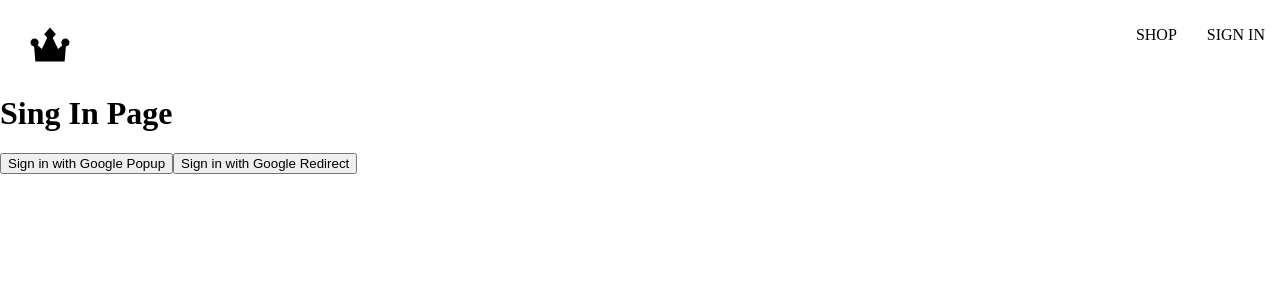
Repository: Chadi2000/crwn-clothing
Page: /signIn
An editor plug-in stored every save of this project. The page is shown before and after the next save, followed by the edit.
The browser window is 1280 px wide. The pictures show the whole page.
The project was rebuilt for these pictures with package versions that can differ from the ones it lists, and the page was loaded fresh each time. Also part of the build but not shown: src/categories.styles.scss, src/components/category-item/category-item.styles.scss, src/components/category-item/category-item.component.jsx, src/components/directory/directory.styles.scss, src/components/directory/directory.component.js, src/routes/home/home.component.jsx.

Above is the page before, as saved 2024-02-09 21:10:47.

### public/index.html
<!DOCTYPE html>
<html lang="en">
  <head>
    <meta charset="utf-8" />
    <link rel="icon" href="%PUBLIC_URL%/favicon.ico" />
    <meta name="viewport" content="width=device-width, initial-scale=1" />
    <meta name="theme-color" content="#000000" />
    <meta
      name="description"
      content="Web site created using create-react-app"
    />
    <link rel="apple-touch-icon" href="%PUBLIC_URL%/logo192.png" />
    <link rel="preconnect" href="https://fonts.googleapis.com">
    <link rel="preconnect" href="https://fonts.gstatic.com" crossorigin>
    <link
    href="https://fonts.googleapis.com/css2?family=Open+Sans:ital,wght@0,300..800;1,300..800&family=Roboto:wght@300&display=swap"
    rel="stylesheet">
    <!--
      manifest.json provides metadata used when your web app is installed on a
      user's mobile device or desktop. See https://developers.google.com/web/fundamentals/web-app-manifest/
    -->
    <link rel="manifest" href="%PUBLIC_URL%/manifest.json" />
    <!--
      Notice the use of %PUBLIC_URL% in the tags above.
      It will be replaced with the URL of the `public` folder during the build.
      Only files inside the `public` folder can be referenced from the HTML.

      Unlike "/favicon.ico" or "favicon.ico", "%PUBLIC_URL%/favicon.ico" will
      work correctly both with client-side routing and a non-root public URL.
      Learn how to configure a non-root public URL by running `npm run build`.
    -->
    <title>React App</title>
  </head>
  <body>
    <noscript>You need to enable JavaScript to run this app.</noscript>
    <div id="root"></div>
    <!--
      This HTML file is a template.
      If you open it directly in the browser, you will see an empty page.

      You can add webfonts, meta tags, or analytics to this file.
      The build step will place the bundled scripts into the <body> tag.

      To begin the development, run `npm start` or `yarn start`.
      To create a production bundle, use `npm run build` or `yarn build`.
    -->
  </body>
</html>

### src/index.scss
body {
  margin: 0;
  font-family: 'Open Sans'
    sans-serif;
    font-weight: 300 800;
  font-stretch: 100%;
  font-display: swap;
  -webkit-font-smoothing: antialiased;
  -moz-osx-font-smoothing: grayscale;
}

code {
  font-family: source-code-pro, Menlo, Monaco, Consolas, 'Courier New',
    monospace;
}

a{
  text-decoration: none;
  color: black;
}

* {
  box-sizing: border-box;
}

### src/App.js
import './categories.styles.scss';
import { Outlet } from 'react-router-dom';
import Directory from './components/directory/directory.component';
import Home from './routes/home/home.component';
import { Routes, Route } from 'react-router-dom';
import Navigation from './routes/navigation/navigation.component';
import SignIn from './routes/sign-in/sign-in.component';



const Shop =() =>{
  return(
    <h1>SHop from me</h1>
  )
}

const App = () => {


 return(
  <Routes>
    <Route path='/' element={<Navigation />}>
      <Route path='/' element={<Home />} />
      <Route path='shop' element={<Shop/>} />
      <Route path='/signIn' element= {<SignIn />} />

    </Route>

  </Routes>
 );
}

export default App;

### src/routes/navigation/navigation.component.jsx
import { Outlet, Link } from "react-router-dom"
import { Fragment } from "react";
import { ReactComponent as CrwnLogo } from "../../assets/crown.svg";
import './navigation.styles.scss';
const Navigation = () =>{
    return (
      <Fragment>
        <div className="navigation">
            <Link className="logo-container" to='/'>
                <CrwnLogo />
            </Link>

          <div className="nav-links-container">
            <Link className="nav-link"  to='/shop'>
                SHOP
            </Link>
            <Link className="nav-link"  to='/signIn'>
                SIGN IN
            </Link>
          </div>
        </div>
        <Outlet />
      </Fragment>
    )
  }

  export default Navigation;

### src/routes/sign-in/sign-in.component.jsx
import { useEffect } from "react";
import { getRedirectResult } from "firebase/auth";

import {
        auth,
        signInWithGooglePopup,
        signInWithGoogleRedirect ,
        createUserDocumentFromAuth
    } from "../../utils/firebase/firebase.utils";


const SignIn = () => {

    useEffect(() => {
        // Define an asynchronous function inside useEffect
        const fetchData = async () => {
          try {
            // You can await here
            const response = await getRedirectResult(auth);
            if(response){
                const userDocRef = await createUserDocumentFromAuth(response.user)
            }
          } catch (error) {
            console.error('Error fetching data:', error);
          }
        };

        // Call the asynchronous function immediately
        fetchData();

        // Specify dependencies if needed (empty array if not)
      }, []); // Add dependencies if needed


    const logGoogleUser = async () =>{
        const {user} = await signInWithGooglePopup();
        const userDocRef = await createUserDocumentFromAuth(user);

    }






    return(
        <div>
            <h1>Sing In Page</h1>
            <button onClick={logGoogleUser}>
                Sign in with Google Popup
            </button>
            <button onClick={signInWithGoogleRedirect}>
                Sign in with Google Redirect
            </button>
        </div>
    )
}

export default SignIn;

### src/routes/navigation/navigation.styles.scss
.navigation{
    height: 70px;
    width: 100%;
    display: flex;
    justify-content: space-between;
    margin-bottom: 25px;

    .logo-container{
        height: 100%;
        width: 70px;
        padding: 25px;
        -webkit-box-align: center;
        align-items: center;
        justify-content: center;
    }
    .nav-links-container{
        width: 50%;
        height: 100%;
        -webkit-box-align: center;
        align-items: center;
        -webkit-box-pack: end;
        display: flex;
        justify-content: flex-end;
        .nav-link{
            padding: 10px 15px;
            cursor: pointer;
        }
    }


}

### src/utils/firebase/firebase.utils.js
import {initializeApp} from 'firebase/app';
import {
     getAuth,
     signInWithRedirect,
     signInWithPopup,
     GoogleAuthProvider
    } from 'firebase/auth';

import {
    getFirestore,
    doc,
    getDoc,
    setDoc
}  from'firebase/firestore'

const firebaseConfig = {
    apiKey: "AIzaSyCFm4naOY8EzymqmFzu3h2__lM1anMpCoU",
    authDomain: "crwn-clothing-db-ab0ad.firebaseapp.com",
    projectId: "crwn-clothing-db-ab0ad",
    storageBucket: "crwn-clothing-db-ab0ad.appspot.com",
    messagingSenderId: "89349111223",
    appId: "1:89349111223:web:714444d59a5d8bfdf53c32"
  };

  // Initialize Firebase
  const firebaseApp = initializeApp(firebaseConfig);
  const googleProvider = new GoogleAuthProvider();

  googleProvider.setCustomParameters({
    prompt: "select_account"
  })

  export const auth = getAuth();
  export const signInWithGooglePopup = () =>
   signInWithPopup(auth, googleProvider);
  export const signInWithGoogleRedirect =()=>
   signInWithRedirect(auth, googleProvider)

  export const db = getFirestore();
  export const createUserDocumentFromAuth = async (userAuth)=>{
    const userDocRef = doc(db,'users',userAuth.uid )

    console.log(userDocRef);

    const userSnapshot = await getDoc(userDocRef);
    console.log(userSnapshot);
    console.log(userSnapshot.exists());

    if(!userSnapshot.exists()){
        const {displayName , email} = userAuth;
        const createdAt = new Date();

        try{
            await setDoc(userDocRef, {
                displayName,
                email,
                createdAt
            })
        }catch(error){
            console.log('error creating the user', error.message)
        }
    }

    return userDocRef;
  }

Loaded but not shown: src/index.js (common file); src/reportWebVitals.js (common file)

After the next save:
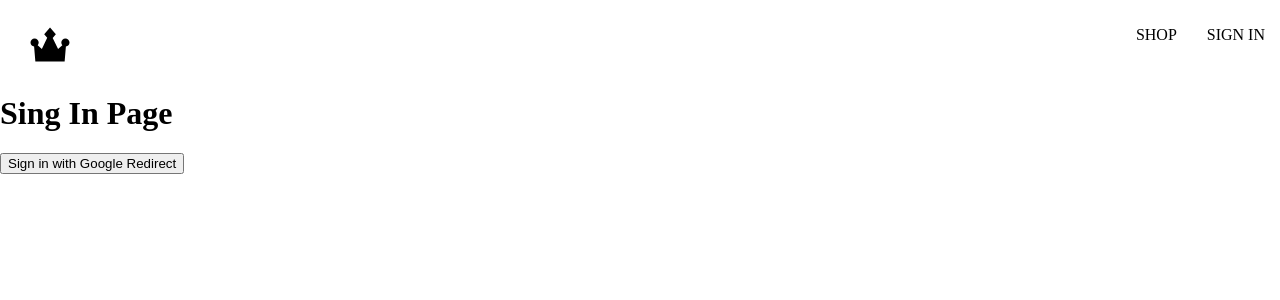
Saved 10 min 4 s later.
--- a/src/routes/sign-in/sign-in.component.jsx
+++ b/src/routes/sign-in/sign-in.component.jsx
@@ -46,9 +46,9 @@ const SignIn = () => {
     return(
         <div>
             <h1>Sing In Page</h1>
-            <button onClick={logGoogleUser}>
+            {/* <button onClick={logGoogleUser}>
                 Sign in with Google Popup
-            </button>
+            </button> */}
             <button onClick={signInWithGoogleRedirect}>
                 Sign in with Google Redirect
             </button>
